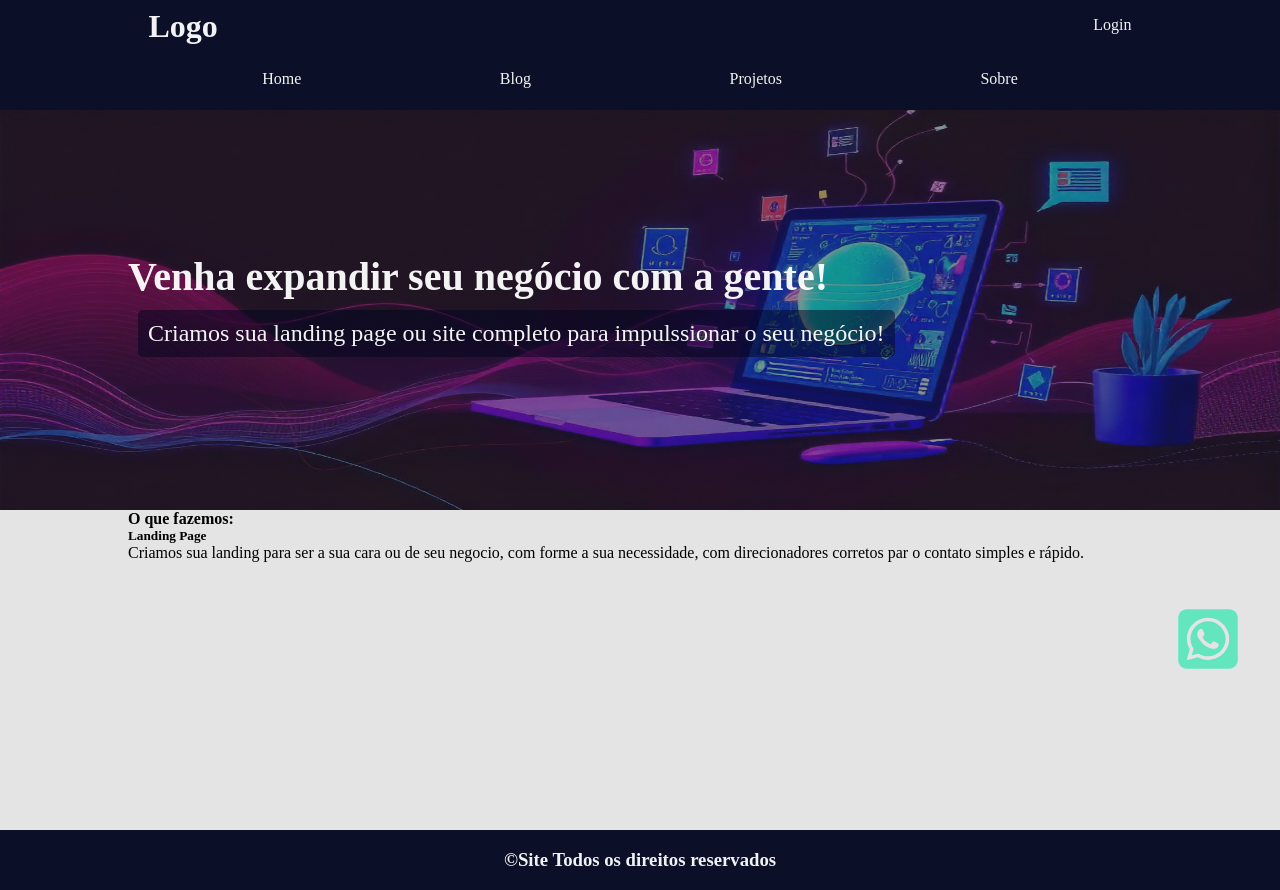
Repository: SauloMorais01/mysitefront-end
Page: index.html
The author's editor kept a copy of each file at every save. The page is drawn from the files as they stood at one save, then again after a run of saves.
The browser window is 1280 px wide. The pictures show the whole page.
Some web libraries are served in a nearby version.

Above is the page before, as saved 2024-11-02 19:48:59.

### index.html
<!DOCTYPE html>
<html lang="pt-br">
<head>
    <meta charset="UTF-8">
    <meta name="viewport" content="width=device-width, initial-scale=1.0">
    <title>Titulo - status</title>
    <link rel="stylesheet" href="./src/css/style.css">
    <script src="./src/js/utils.js"></script>
    <script src="https://kit.fontawesome.com/0869671a59.js" crossorigin="anonymous"></script>
</head>
<body>
    <header class="primary-color hd-color-white">
        <div class="container">
            <div class="top-box flex">
                <div class="logo">
                    <a class="hd-color-white" href="/"><h1>Logo</h1></a>
                </div>
                <div class="login">
                    <a class="hd-color-white" href="/">Login</a>
                </div>
                <div class="hover-btn" id="hover-btn">
                    <i class="fa-solid fa-bars"></i>
                </div>
            </div>
        </div>
    </header>

    <section id="menu" class="sticky-top primary-color hd-color-white">
            <div class="container center">
                <a href="/">Home</a>
                <a href="./src/pages/blog.html">Blog</a>
                <a href="/">Projetos</a>
                <a href="/">Sobre</a>
            </div>
    </section>

    <section id="modal-mobile-menu" class="modal-mobile-menu hidden">
        <div class="container center">
            <div class="modal-div">
                <a class="hd-color-white" href="/">Home</a>
            </div>
            <div class="modal-div">
                <a class="hd-color-white" href="./src/pages/blog.html">Blog</a>
            </div>
           <div class="modal-div">
                <a class="hd-color-white" href="/">Projetos</a>
           </div>
            <div class="modal-div">
                <a class="hd-color-white" href="/">Sobre</a>
            </div>
        </div>
    </section>

    <main>
        <section class="info-top">
            <div class="container hd-color-white">
                <div class="info-top-top">
                    <h1>Venha expandir seu negócio com a gente!</h1>
                </div>
                <div class="info-top-p">
                    <p>Criamos sua landing page ou site completo para impulssionar o seu negócio!</p>
                </div>
            </div>
        </section>

        <section class="workflow">
            <div class="container">
                <div class="workflow-title">
                    <h4>O que fazemos:</h4>
                </div>

                <div class="workflow-content">
                    <div class="box-workflow">
                        <h5>Landing Page</h5>
                        <p>Criamos sua landing para ser a sua cara ou de seu negocio, com forme a sua necessidade, com direcionadores corretos par o contato simples e rápido.</p>
                    </div>

                    <div class="box-workflow">

                    </div>

                    <div class="box-workflow">

                    </div>

                    <div class="box-workflow">

                    </div>
                </div>
            </div>
        </section>
    </main>

    <footer class="primary-color center">
        <h3 class="hd-color-white">&copy;<strong>Site</strong> Todos os direitos reservados</h3>
    </footer>

    <div class="whatsapp-icon">
        <a href="https://wa.me/qr/ADJPBWX6RRFOD1"><img src="./src/img/icone/square-whatsapp-brands-solid.svg"></img></a>
    </div>

    <script src="./src/js/main.js"></script>

    <script>
        app.update();
    </script>


</body>
</html>

### src/css/style.css
/* Primary configs */
:root {
    /* Colors */
    /* Bases */
    --primary-color: 234, 94%, 6%,;
    --secondary-color: 184, 86%, 66%,;
    --body-color: 0, 0%, 89%,;
    --white-color: 0, 0%, 100%,;
    --black-color: 0, 0%, 0%,;
    /* End Bases */

    /* Variations colors */
    --primary-color-normal: hsla(var(--primary-color) 0.95);
    --primary-color-medium: hsla(var(--primary-color) 0.5);
    --primary-color-light: hsla(var(--primary-color) 0.250);

    --secondary-color-normal: hsla(var(--secondary-color) 0.95);
    --secondary-color-medium: hsla(var(--secondary-color) 0.5);
    --secondary-color-light: hsla(var(--secondary-color) 0.250);

    --body-color-normal: hsla(var(--body-color) 0.95);
    --body-color-medium: hsla(var(--body-color) 0.5);
    --body-color-light: hsla(var(--body-color) 0.250);

    --black-color-normal: hsla(var(--black-color) 0.95);
    --black-color-medium: hsla(var(--black-color) 0.5);
    --black-color-light: hsla(var(--black-color) 0.250);

    --white-color-normal: hsla(var(--white-color) 0.95);
    --white-color-medium: hsla(var(--white-color) 0.5);
    --white-color-light: hsla(var(--white-color) 0.250);
    /* End variations colors */
    /* End Colors */

    /* Conf Sizes */
    --container-larger-l: 80%;
    --container-larger-m: 80%;
    --container-larger-s: 80%;
    --container-tablet: 90%;
    --container-small-d: 95%;
    --grid-width: 20%;
    --grid-height: 20%;
    /* End conf Sizes */
}

/* Global */
* {
    box-sizing: border-box;
    margin: 0;
    padding: 0;
}
/* End global */

/* pagina */
body {
    background: var(--body-color-normal);
}

a {
    list-style: none;
    text-decoration: none;
}


main {
    height: 100vh;
}

footer {
    height: 60px;
}

footer h3 {
    padding-top: 1.2rem;
}

.modal-mobile-menu {
    height: 90vh;
    width: 90vw;
    padding-top: 20px;
    /* background: var(--white-color-normal); */
    background-image: linear-gradient(180deg, #303657, #444963);
    position: absolute;
    top: 5%;
    right: 5%;
    z-index: 1000;
    border-radius: 10px;
    border: 5px solid var(--secondary-color-normal);
    display: flex;
    flex-direction: row;
    justify-content: space-between;
}

.modal-div {
    background: var(--primary-color-light);
    margin: 10px 2.5%;
    padding: 10px;
    border-radius: 5px;
}

.modal-mobile-menu a {
    font-family: Impact, Haettenschweiler, 'Arial Narrow Bold', sans-serif;
    position: relative;
}

.menuAnimation {
    animation-duration: 0.25s;
    animation-name: menuAnim;
}

.menuAnimationRev {
    animation-duration: 0.25s;
    animation-name: menuAnimReverse;
}

.whatsapp-icon {
    position: fixed;
    bottom: 6%;
    right: 3%;
}

.whatsapp-icon img {
    width: 68px;
    height: 68px;
    animation-duration: 1s;
    animation-name: esvanecer;
    animation-iteration-count: infinite;
}

/* Animation */
@keyframes menuAnim {
    from {
        right: -100%;
      }

      to {
        right: 5%;
      }
}

@keyframes menuAnimReverse {
    from {
        right: 5%;
      }

      to {
        right: -100%;
      }
}

@keyframes esvanecer {
    0% {
        opacity: 100%;
      }

      50% {
        opacity: 50%;
      }

      100% {
        opacity: 100%;
      }
}

/* end pagina */

/* Utils */
.flex {
    display: flex;
}

.sticky-top {
    position: sticky;
    top: 0;
}

.center {
    text-align: center;
}

.right {
    text-align: right;
}

.left {
    text-align: left;
}

.grid-temp {
    width: var(--grid-width); height: var(--grid-height);
    display: grid;
    grid-template-columns: repeat(4, 1fr);
    grid-template-rows: repeat(4, 1fr);
}

.primary-color{
    background: var(--primary-color-normal);
}

.secondary-color{
    background: var(--secondary-color-normal);
}

.hd-color-black {
    color: var(--black-color-normal);
}

.hd-color-white {
    color: var(--white-color-normal);
}

.hidden {
    display: none;
}
/* End utils */



/* Responsividade */
@media (max-width: 575.99px) {
    .container {
        margin: 0 auto;
        width: var(--container-small-d);
    }

    header {
        height: 40px;
    }

    #menu {
        height: 40px;
        display:none;
    }

    #menu a {
        color: var(--white-color-normal);
        margin: 5px 2%;
        padding: 10px 5%;
    }

    #menu a:hover {
        background-color: var(--secondary-color-light);
        border-radius: 5px;
    }

    .hover-btn {
        position: absolute;
        right: 1rem;
        padding-top: 10px;
    }

    .hover-btn:hover {
        background: var(--primary-color-light);
        cursor: pointer;
    }

    .top-box {
        position: relative;
        padding-top: 2px;
    }

    .logo {
        position: absolute;
        left: 1%;
        font-size: 0.8rem;
    }

    .login {
        position: absolute;
        margin-top: 2px;
        right: 1%;
        display: none;
    }

    /* Main */
    .info-top{
        /* background: #4f0c6e; */
        height: 250px;
        background-image: linear-gradient(50deg, #2222227a, #2222227a), url(../img/freepik__generate-images-about-web-development__7459.jpeg);
        background-position: center;
        background-size: 100% 100%;
        display: flex;
        align-items: center;
        justify-content: center;
        /* background-repeat: no-repeat; */
    }

    .info-top h1 {
        font-size: 1.25rem;
    }

    .info-top p {
        text-align: center;
        font-size: 0.8rem;
        width: fit-content;
        font-size: 0.8rem;
        background: var(--primary-color-medium);
        border-radius: 5px;
        padding: 10px;
        font-family: Impact, Haettenschweiler, 'Arial Narrow Bold', sans-serif;
    }
}

@media (min-width: 576px) {
    .container {
        margin: 0 auto;
        width: var(--container-small-d);
    }

    header {
        height: 40px;
    }

    #menu {
        height: 40px;
        display:none;
    }

    #menu a {
        color: var(--white-color-normal);
        margin: 5px 2%;
        padding: 10px 5%;
    }

    #menu a:hover {
        background-color: var(--secondary-color-light);
        border-radius: 5px;
    }

    .top-box {
        position: relative;
        padding-top: 3px;
    }

    .logo {
        position: absolute;
        left: 1%;
        font-size: 0.8rem;
    }

    .login {
        position: absolute;
        margin-top: 3px;
        right: 1%;
        display: none;
    }

    .hover-btn {
        position: absolute;
        right: 1rem;
        padding-top: 10px;
    }

    .hover-btn:hover {
        background: var(--primary-color-light);
        cursor: pointer;
    }

    .top-box {
        position: relative;
        padding-top: 2px;
    }

    /* Main */
    .info-top{
        /* background: #4f0c6e; */
        height: 250px;
        background-image: linear-gradient(50deg, #2222227a, #2222227a), url(../img/freepik__generate-images-about-web-development__7459.jpeg);
        background-position: center;
        background-size: 100% 100%;
        display: flex;
        align-items: center;
        justify-content: center;
        /* background-repeat: no-repeat; */
    }

    .info-top h1 {
        font-size: 1.25rem;
    }

    .info-top p {
        text-align: center;
        width: fit-content;
        font-size: 0.8rem;
        background: var(--primary-color-medium);
        border-radius: 5px;
        padding: 10px;
    }
}

/* Medium devices (tablets, 768px and up) */
@media (min-width: 768px) {
    .container {
        margin: 0 auto;
        width: var(--container-tablet);
    }

    header {
        height: 50px;
    }

    #menu {
        height: 40px;
        display:none;
    }

    #menu a {
        color: var(--white-color-normal);
        margin: 5px 3%;
        padding: 10px 5%;
    }

    #menu a:hover {
        background-color: var(--secondary-color-light);
        border-radius: 5px;
    }

    .top-box {
        position: relative;
        padding-top: 6px;
    }

    .logo {
        position: absolute;
        left: 2%;
        font-size: 1rem;
    }

    .login {
        position: absolute;
        margin-top: 6px;
        right: 2%;
        display: none;
    }

    .hover-btn {
        position: absolute;
        right: 1rem;
        padding-top: 10px;
    }

    .hover-btn:hover {
        background: var(--primary-color-light);
        cursor: pointer;
    }

    .top-box {
        position: relative;
        padding-top: 2px;
    }

    /* Main */
    .info-top{
        /* background: #4f0c6e; */
        height: 300px;
        background-image: linear-gradient(50deg, #2222227a, #2222227a), url(../img/freepik__generate-images-about-web-development__7459.jpeg);
        background-position: center;
        background-size: 100% 100%;
        display: flex;
        align-items: center;
        justify-content: center;
        /* background-repeat: no-repeat; */
    }

    .info-top h1 {
        font-size: 1.5rem;
    }

    .info-top p {
        margin: 10px;
        font-size: 1.0rem;
    }
}

/* Large devices (desktops, 992px and up) */
@media (min-width: 992px) {
    .container {
        margin: 0 auto;
        width: var(--container-larger-s);
    }

    header {
        height: 60px;
    }

    #menu {
        height: 40px;
        display: block;
    }

    #menu a {
        color: var(--white-color-normal);
        margin: 5px 4%;
        padding: 10px 5%;
    }

    #menu a:hover {
        background-color: var(--secondary-color-light);
        border-radius: 5px;
    }

    .top-box {
        position: relative;
        padding-top: 8px;
    }

    .logo {
        position: absolute;
        left: 2%;
    }

    .login {
        position: absolute;
        margin-top: 8px;
        right: 2%;
        display: block;
    }

    .hover-btn {
        position: absolute;
        right: 1rem;
        padding-top: 10px;
        display: none;
        padding: 10px;
    }

    .hover-btn:hover {
        background: var(--primary-color-light);
        cursor: pointer;
    }


    /* Main */
    .info-top{
        /* background: #4f0c6e; */
        height: 350px;
        background-image: linear-gradient(50deg, #2222227a, #2222227a), url(../img/freepik__generate-images-about-web-development__7459.jpeg);
        background-position: center;
        background-size: 100% 100%;
        display: flex;
        align-items: center;
        justify-content: center;
        /* background-repeat: no-repeat; */
    }

    .info-top h1 {
        font-size: 2.0rem;
    }

    .info-top p {
        font-size: 1.0rem;
    }
}

/* X-Large devices (large desktops, 1200px and up) */
@media (min-width: 1200px) {
    .container {
        margin: 0 auto;
        width: var(--container-larger-m);
    }

    header {
        height: 70px;
    }

    #menu {
        height: 40px;
        display: block;
    }

    #menu a {
        color: var(--white-color-normal);
        margin: 5px 4.5%;
        padding: 10px 5%;
    }

    #menu a:hover {
        background-color: var(--secondary-color-light);
        border-radius: 5px;
    }

    .top-box {
        position: relative;
        padding-top: 8px;
    }

    .logo {
        position: absolute;
        left: 2%;
    }

    .login {
        position: absolute;
        margin-top: 8px;
        right: 2%;
    }

    /* Main */
    .info-top{
        /* background: #4f0c6e; */
        height: 400px;
        background-image: linear-gradient(50deg, #2222227a, #2222227a), url(../img/freepik__generate-images-about-web-development__7459.jpeg);
        background-position: center;
        background-size: 100% 100%;
        display: flex;
        align-items: center;
        justify-content: center;
        /* background-repeat: no-repeat; */
    }

    .info-top h1 {
        font-size: 2.5rem;
    }

    .info-top p {
        font-size: 1.5rem;
    }
}

/* XX-Large devices (larger desktops, 1400px and up) */
@media (min-width: 1400px) {
    .container {
        margin: 0 auto;
        width: var(--container-larger-l);
    }

    header {
        height: 75px;
    }

    #menu {
        height: 40px;
        display: block;
    }

    #menu a {
        color: var(--white-color-normal);
        margin: 5px 5%;
        padding: 10px 5%;
        font-family: 'Trebuchet MS', 'Lucida Sans Unicode', 'Lucida Grande', 'Lucida Sans', Arial, sans-serif;
        font-weight: bold;
    }

    #menu a:hover {
        background-color: var(--secondary-color-light);
        border-radius: 5px;
    }

    .top-box {
        position: relative;
        padding-top: 10px;
    }

    .logo {
        position: absolute;
        left: 2%;
    }

    .login {
        position: absolute;
        margin-top: 10px;
        right: 2%;
    }

    /* Main */
    .info-top{
        /* background: #4f0c6e; */
        height: 400px;
        background-image: linear-gradient(50deg, #2222227a, #2222227a), url(../img/freepik__generate-images-about-web-development__7459.jpeg);
        background-position: center;
        background-size: 100% 100%;
        display: flex;
        align-items: center;
        justify-content: center;
        /* background-repeat: no-repeat; */
    }

    .info-top h1 {
        font-size: 2.5rem;
        font-family: monospace;
    }

    .info-top p {
        font-size: 1.5rem;
        font-family: Impact, Haettenschweiler, 'Arial Narrow Bold', sans-serif;
    }
}
/* End responsividade */

### src/js/utils.js
class MenuController {
    /**
     * @param {HTMLElement} btnMenu
     * @param {HTMLElement} menuHover
     */
    constructor(btnMenu, menuHover) {
        this.btnMenuRoot = btnMenu
        this.menuHoverRoot = menuHover;
    }

    /**
     * @returns {HTMLElement} menuHover
     */
    get menuHoverRoot() {
        return this._menuHover
    }

    /**
     * @param {HTMLElement} root
     */
    set menuHoverRoot(root) {
        return this._menuHover = root;
    }

    /**
     * @returns {HTMLElement} btnMenu
     */
    get btnMenuRoot() {
        return this._btnMenu
    }

    /**
     * @param {HTMLElement} root
     */
    set btnMenuRoot(root) {
        return this._btnMenu = root;
    }

    /**
     * @returns {void}
     */
    showMenu() {
        this.btnMenuRoot.onclick = () => {
            if(this.menuHoverRoot.classList.contains('hidden')) {
                this.menuHoverRoot.classList.remove('hidden');
                this.menuHoverRoot.classList.add('menuAnimation');
                this.menuHoverRoot.classList.remove('menuAnimationRev');
            } else {
                this.menuHoverRoot.classList.remove('menuAnimation');
                this.menuHoverRoot.classList.add('menuAnimationRev');
                return setTimeout(() => {
                    this.menuHoverRoot.classList.add(`hidden`);
                }, 235);
            }
            clearTimeout(this);
        }
    }
}

### src/js/main.js
class Main {
    constructor() {
        this.btnMenu = document.getElementById('hover-btn');
        this.hoverMenu = document.getElementById('modal-mobile-menu');
        this.menuController = new MenuController(this.btnMenu, this.hoverMenu);
    }

    /**
     * @param {HTMLElement} root
     */
    set btnMenu(root) {
        return this._menuBtn = root;
    }

    /**
     * @returns {HTMLElement} btnMenu
     */
    get btnMenu() {
        return this._menuBtn
    }

    /**
     * @param {HTMLElement} root
     */
    set hoverMenu(root) {
        return this._hoverMenu = root;
    }

    /**
     * @returns {HTMLElement} hoverMenu
     */
    get hoverMenu() {
        return this._hoverMenu
    }


    update() {
        this.menuController.showMenu();
    }
}


const app = new Main();

After the next 2 saves:
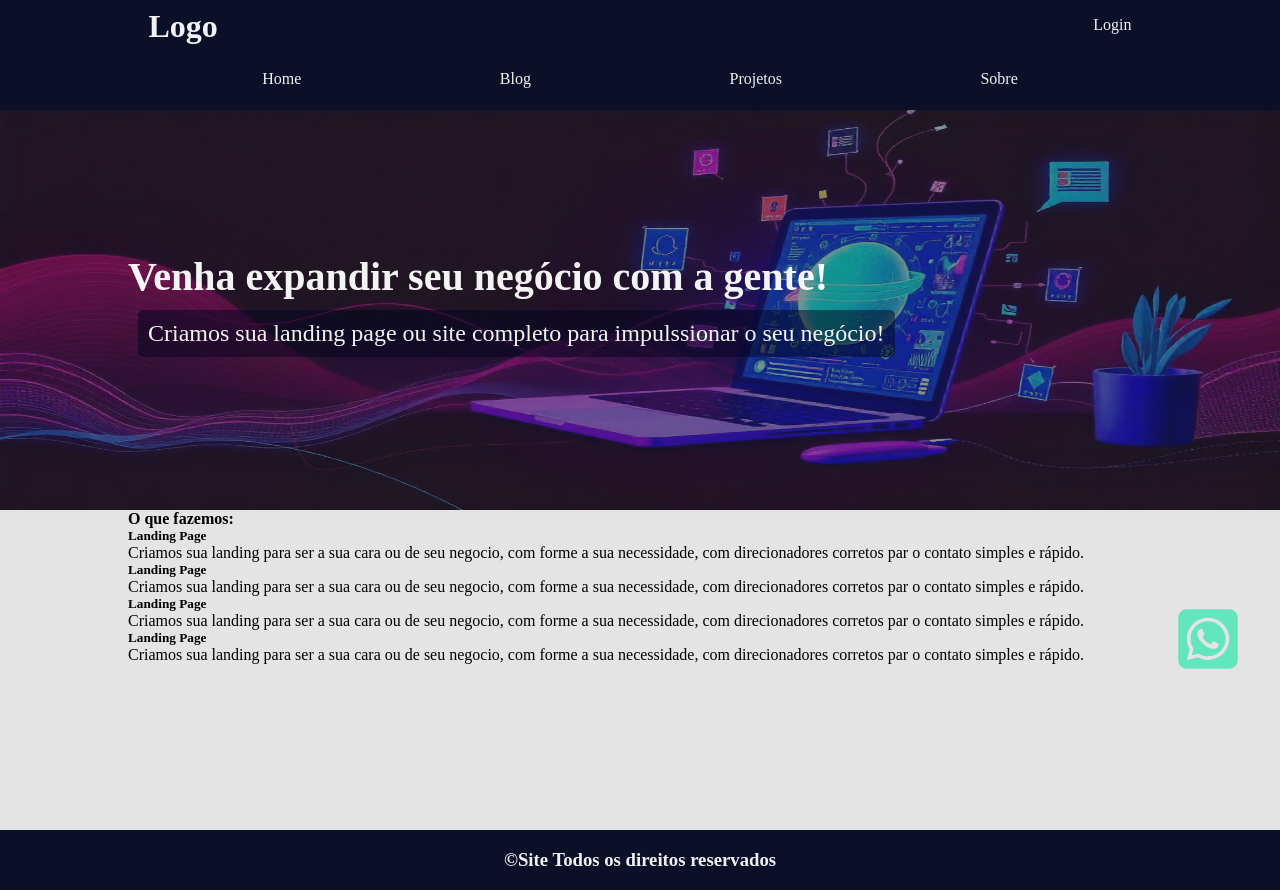
The 2 saves are shown as one change because they came seconds apart.
The last was saved 45 s later.
--- a/index.html
+++ b/index.html
@@ -69,22 +69,24 @@
                     <h4>O que fazemos:</h4>
                 </div>
 
-                <div class="workflow-content">
+                <div class="workflow-content grid>
                     <div class="box-workflow">
                         <h5>Landing Page</h5>
                         <p>Criamos sua landing para ser a sua cara ou de seu negocio, com forme a sua necessidade, com direcionadores corretos par o contato simples e rápido.</p>
                     </div>
 
                     <div class="box-workflow">
-
+                        <h5>Landing Page</h5>
+                        <p>Criamos sua landing para ser a sua cara ou de seu negocio, com forme a sua necessidade, com direcionadores corretos par o contato simples e rápido.</p>
                     </div>
 
                     <div class="box-workflow">
-
+                        <h5>Landing Page</h5>
+                        <p>Criamos sua landing para ser a sua cara ou de seu negocio, com forme a sua necessidade, com direcionadores corretos par o contato simples e rápido.</p>
                     </div>
 
-                    <div class="box-workflow">
-
+                    <div class="box-workflow"><h5>Landing Page</h5>
+                        <p>Criamos sua landing para ser a sua cara ou de seu negocio, com forme a sua necessidade, com direcionadores corretos par o contato simples e rápido.</p>
                     </div>
                 </div>
             </div>
